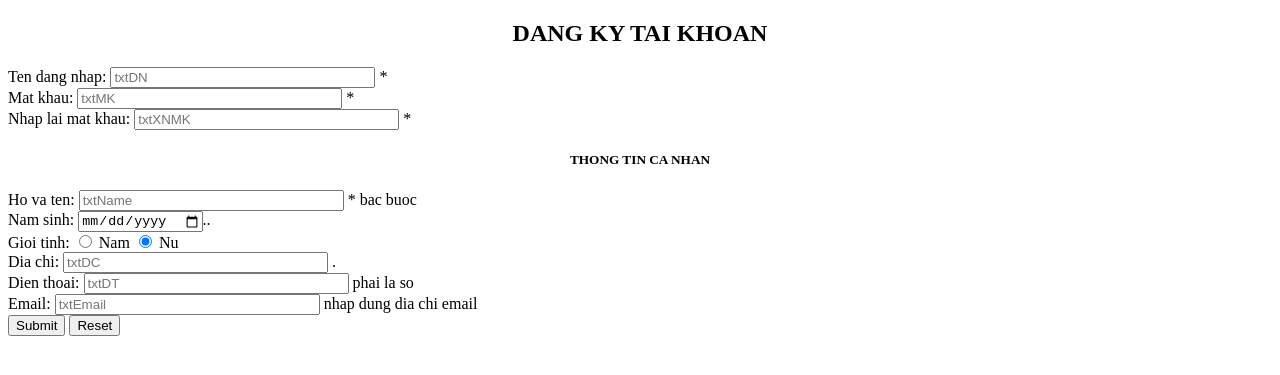
Repository: NguyenThiKimNgocc/20025251_NguyenThiKimNgoc_Web_Nhom1
Page: Tuan 05/html/index.html
These files come from the project's save history. The page is drawn as it stood at one moment and after the next save; the edit follows.
The browser window is 1280 px wide. The pictures show the whole page.

Above is the page before, as saved 2022-03-16 13:48:15.

### Tuan 05/html/index.html
<!DOCTYPE html>
<html lang="en">
<head>
    <meta charset="UTF-8">
    <meta http-equiv="X-UA-Compatible" content="IE=edge">
    <meta name="viewport" content="width=device-width, initial-scale=1.0">
    <title>Document</title>
    <script>
        function KiemTraTenDN(){
            var re = /^[a-z]*w/;
            if(re.test(document.getElementById('txtDN').value.trim()) == false){
                tendn.innerText
            }
        }
    </script>
</head>
<body>
    <h2 align = "center">DANG KY TAI KHOAN</h2>
    <form action="#" onsubmit="SubmitForm();" method="post" name="form1"></form>

    <div>
        <label for="txtDN" class="title">Ten dang nhap: </label>
        <input id="txtDN" onblur="return KiemTraTenDN();" type="text" name="txtdn" size="30" placeholder="txtDN" /><span id="tendn"> * </span>
    </div>
    <div>
        <label for="txtMK" class="title">Mat khau:  </label>
        <input id="txtMK" onblur="return KiemTraPassword();" type="password" name="txtmk" size="30" placeholder="txtMK" /><span id="mk"> * </span>
    </div>
    <div>
        <label for="txtXNMK" class="title">Nhap lai mat khau: </label>
        <input id="txtXNMK" onblur="return KiemTraXacNhanPassword();" type="password" name="txtXNMK" size="30" placeholder="txtXNMK" /><span id="xnmk"> * </span>
    </div>

    <h5 align="center">THONG TIN CA NHAN</h5>
    <div>
        <label for="txTName" class="title">Ho va ten: </label>
        <input type="text" id="txtName" name="txtName" size="30" placeholder="txtName" /><span id="hoten"> * bac buoc </span>
    </div>
    <div>
        <label for="txTNS" class="title">Nam sinh: </label>
        <input type="date" id="txtNS" name="txtNS" size="30" placeholder="txtNS" onblur="return KiemTraNgaySinh();"/><span id="ngaysinh">..</span>
    </div class="radio-buttons">
    <div>
        <span class="title">Gioi tinh: </span>
        <input type="radio" name="genger" id="male" value="M" checked>
        <label for="male">Nam</label>
        <input type="radio" name="genger" id="female" value="F" checked>
        <label for="female">Nu</label>
    </div>
    <div>
        <label for="txtDC" class="title">Dia chi: </label>
        <input type="text" name="txtDC" id="txtDC" size="30" placeholder="txtDC" /><span id="diachi"> . </span>
    </div>
    <div>
        <label for="txtDT" class="title">Dien thoai: </label>
        <input type="text" name="txtDT" id="txtDT" size="30" placeholder="txtDT" /><span id="dienthoai"> phai la so </span>
    </div>
    <div>
        <label for="txtEmail" class="title">Email: </label>
        <input type="email" name="txtEmail" id="txtEmail" size="30" placeholder="txtEmail" /><span id="emial"> nhap dung dia chi email </span>
    </div>

    <div class="submit">
        <input type="submit" name="Dang ky" id="submit">
        <input type="reset" name="Huy" id="submit">
    </div>
</body>
</html>

After the next save:
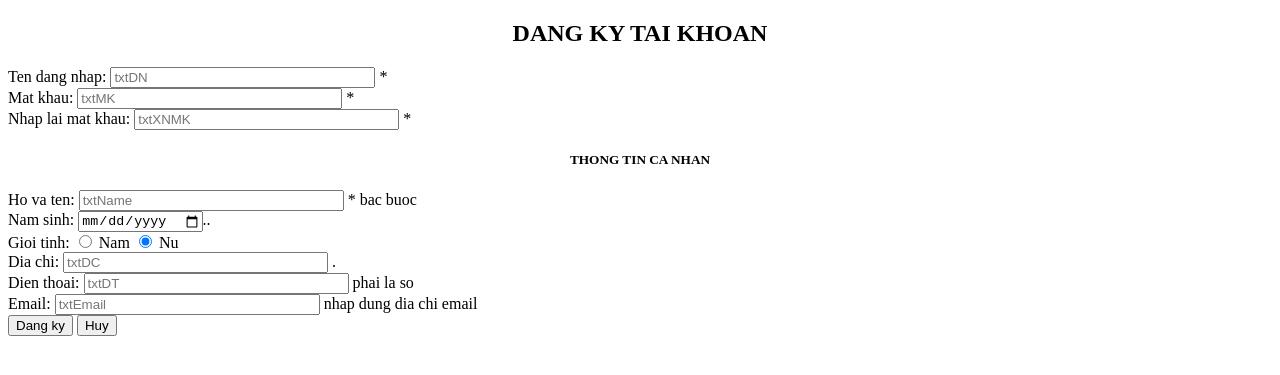
Saved 67 s later.
--- a/Tuan 05/html/index.html
+++ b/Tuan 05/html/index.html
@@ -61,8 +61,8 @@
     </div>
 
     <div class="submit">
-        <input type="submit" name="Dang ky" id="submit">
-        <input type="reset" name="Huy" id="submit">
+        <input type="submit" value="Dang ky" id="submit">
+        <input type="reset" value="Huy" id="submit">
     </div>
 </body>
 </html>
